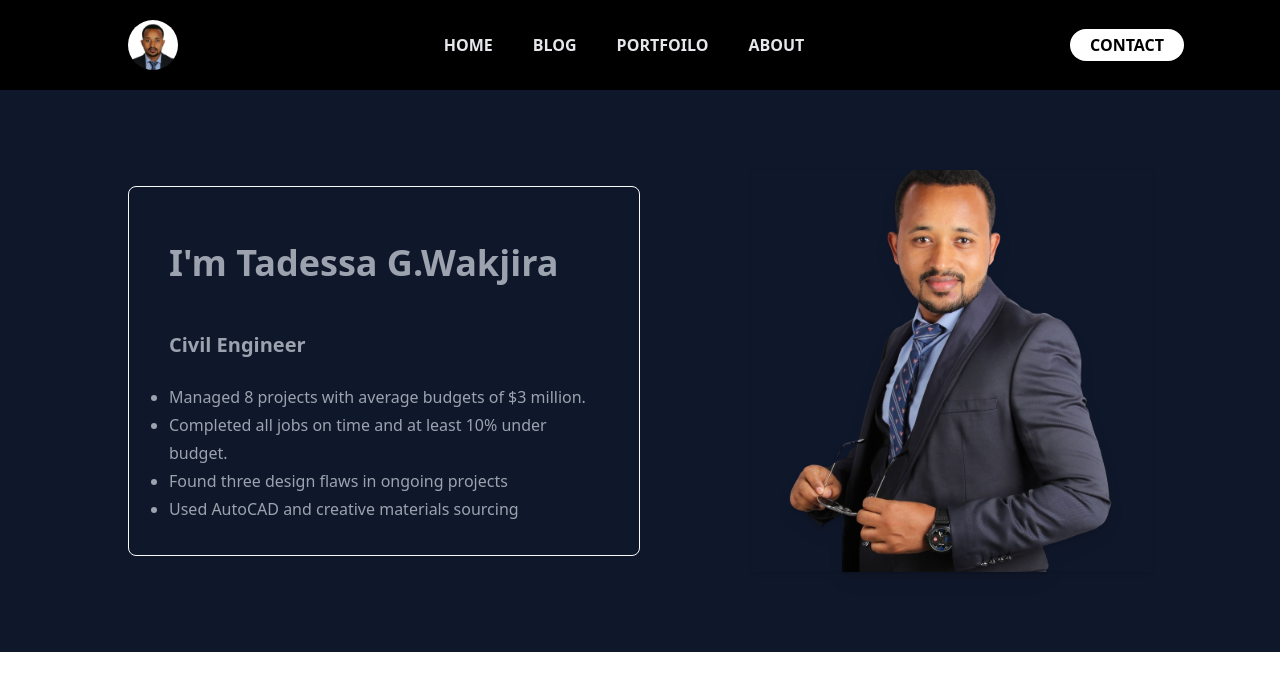
Repository: Elias-Kibret/Tade-portfoilo
Page: /
These files come from the project's save history. The page is drawn as it stood at one moment and after the next save; the edit follows.
The browser window is 1280 px wide. The pictures show the whole page.
The project was rebuilt for these pictures with package versions that can differ from the ones it lists, and the page was loaded fresh each time. The framework's server and built-in components were replaced by stand-ins that run in the browser. Also part of the build but not shown: next.config.js.

Above is the page before, as saved 2022-06-27 08:55:14.

After the next save:
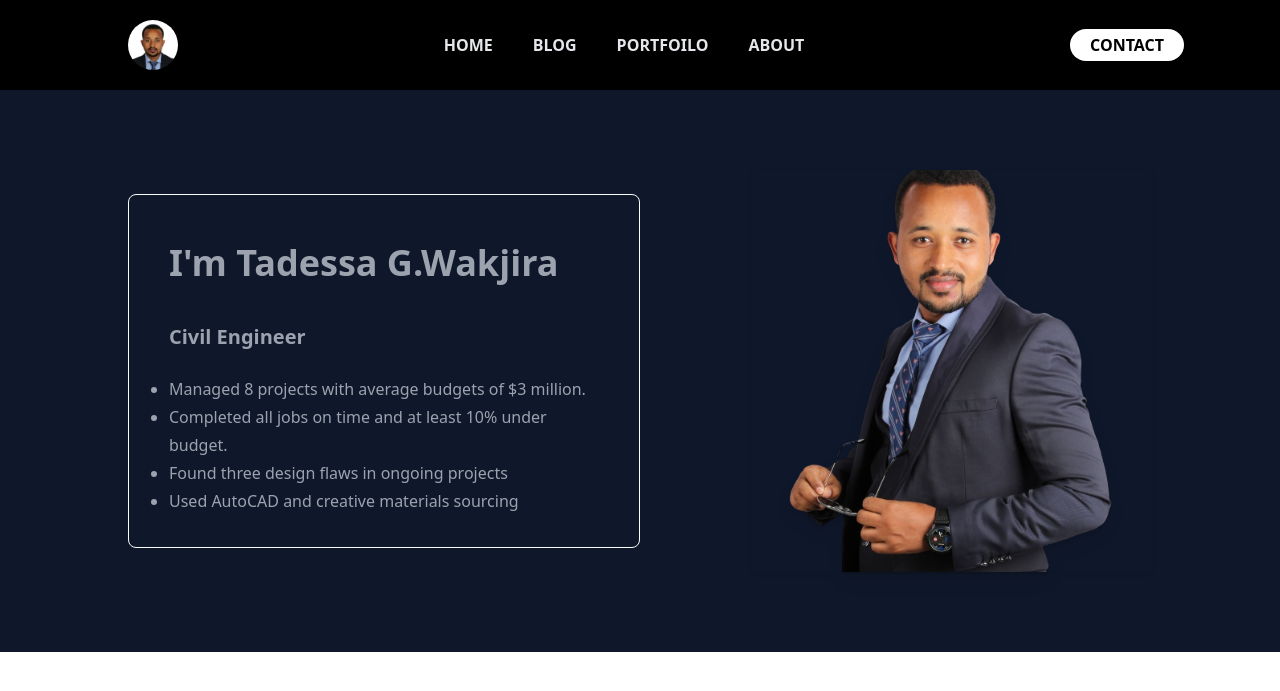
Saved 19 s later.
--- a/components/Hero.tsx
+++ b/components/Hero.tsx
@@ -5,7 +5,7 @@ const Hero = () => {
 <main className="h-auto py-20 bg-slate-900 text-gray-400 "  >
 <div className='w-4/5 mx-auto flex justify-between items-center '>
 <div className='w-1/2 rounded-lg border border-gray-50 px-10 py-8 ' >
-      <h1 className="text-4xl font-bold text py-6  text-left">
+      <h1 className="text-4xl font-bold text py-4  text-left">
         I'm Tadessa G.Wakjira
       </h1>
  <div>
